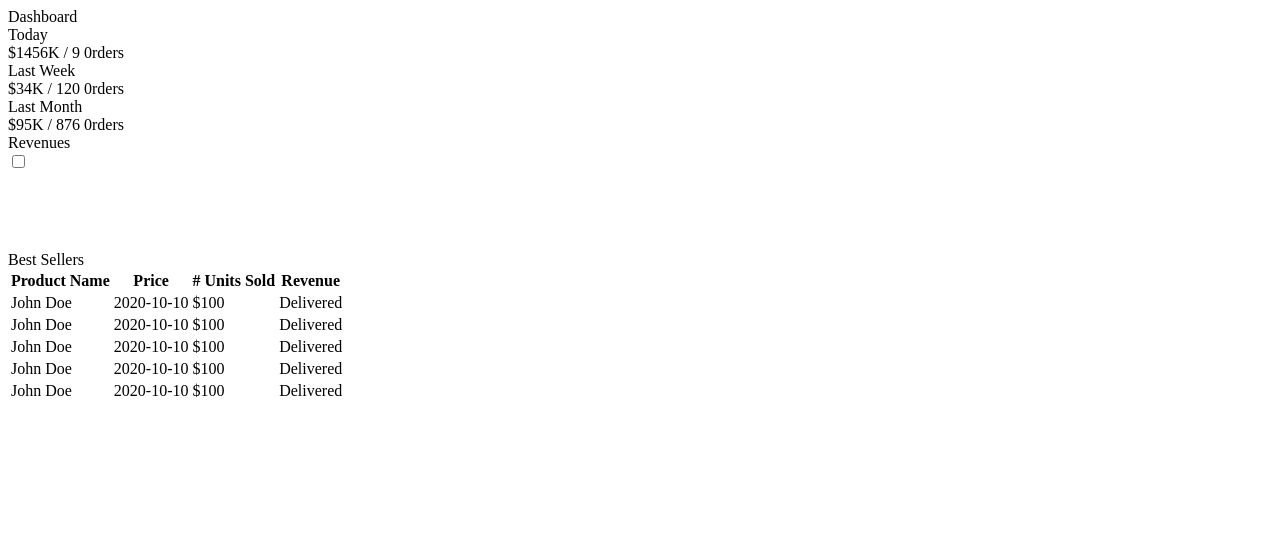
Repository: cjaymoni/FE_Submission02
Page: views/dashboard/dashboard.html
An editor plug-in stored every save of this project. The page is shown before and after the next save, followed by the edit.
The browser window is 1280 px wide. The pictures show the whole page.

Above is the page before, as saved 2022-10-02 18:44:35.

After the next save:
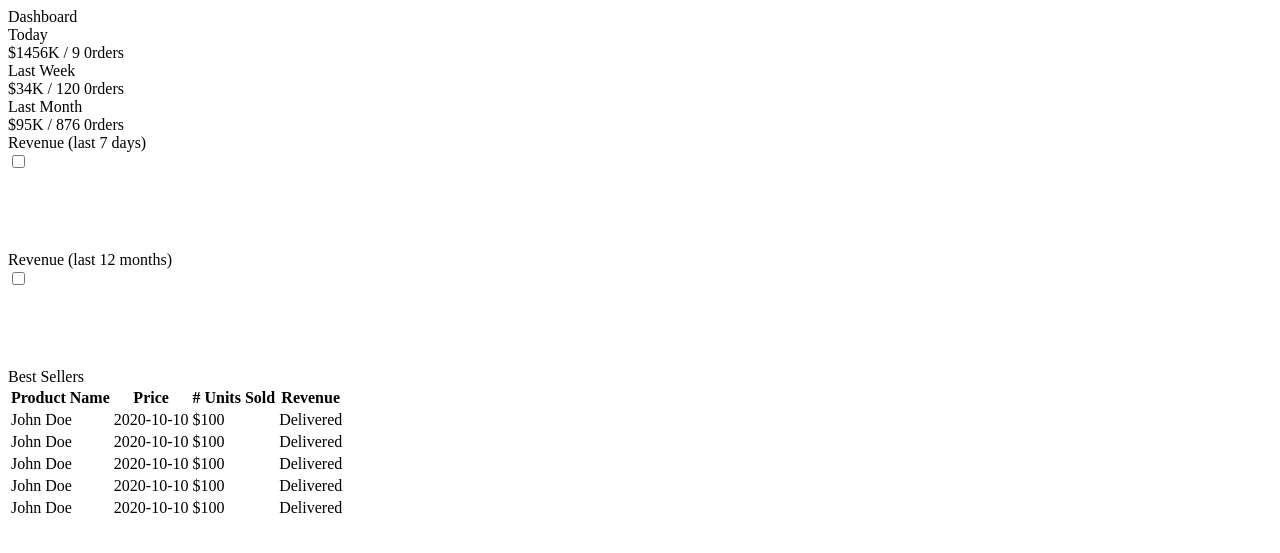
Saved 14 h 27 min later.
--- a/views/dashboard/dashboard.html
+++ b/views/dashboard/dashboard.html
@@ -55,7 +55,7 @@
 
   <div class="container">
     <div class="order-header-text">
-      <span>Revenues</span>
+      <span>Revenue (last 7 days)</span>
     </div>
     <div>
       <label class="switch">
@@ -64,6 +64,23 @@
       </label>
     </div>
     <canvas id="myChart" width="200" height="80"></canvas>
+  </div>
+
+  <div class="container">
+    <div class="order-header-text">
+      <span>Revenue (last 12 months)</span>
+    </div>
+    <div>
+      <label class="switch">
+        <input
+          type="checkbox"
+          id="monthToggleButton"
+          name="monthToggleButton"
+        />
+        <span class="slider round"></span>
+      </label>
+    </div>
+    <canvas id="monthChart" width="200" height="80"></canvas>
   </div>
 
   <div class="container-col">
